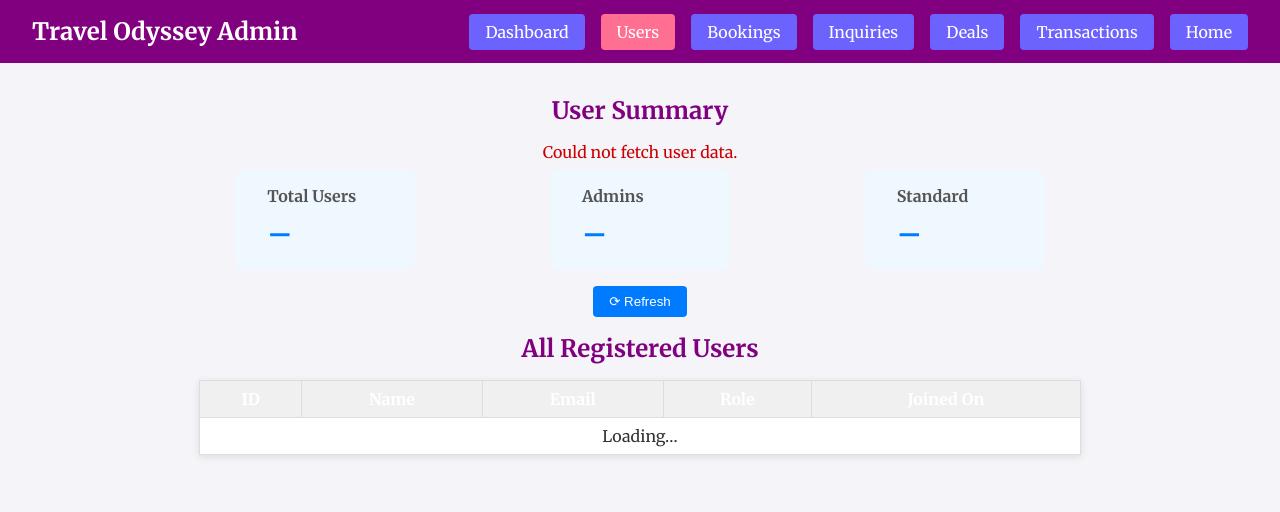
Repository: GHzPhoenix/Project-Odyssey
Page: Frontend/admin-users.html
These files come from the project's save history. The page is drawn as it stood at one moment and after the next save; the edit follows.
The browser window is 1280 px wide. The pictures show the whole page.
The page's requests for data from a server got no answer.

Above is the page before, as saved 2025-07-22 13:31:12.

After the next save:
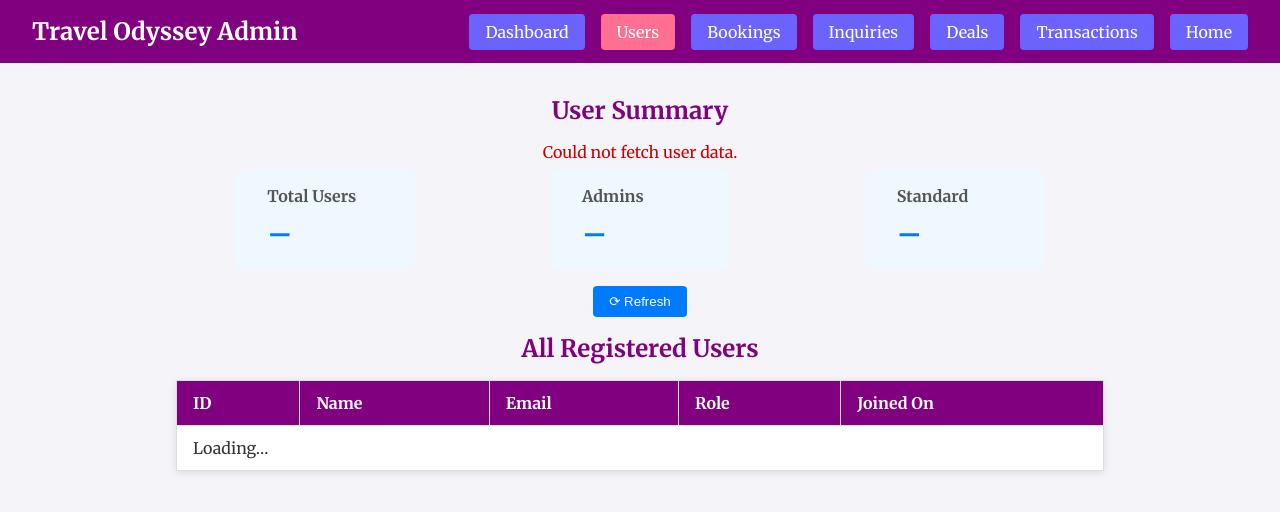
Saved 59 s later.
--- a/Frontend/admin-users.html
+++ b/Frontend/admin-users.html
@@ -46,20 +46,6 @@
       }
       button.refresh:hover {
         background: #0056b3;
-      }
-      table {
-        width: 95%;
-        margin: 1rem auto;
-        border-collapse: collapse;
-      }
-      th,
-      td {
-        padding: 0.5rem;
-        border: 1px solid #ddd;
-        text-align: center;
-      }
-      th {
-        background: #f0f0f0;
       }
     </style>
   </head>
@@ -135,7 +121,6 @@
         errEl.textContent = "";
 
         try {
-          // 1) fetch the summary counts
           const stats = await fetchJSON("/api/users/summary");
           document.getElementById("total_users").textContent =
             stats.total_users;
@@ -144,7 +129,6 @@
           document.getElementById("total_standard").textContent =
             stats.total_standard;
 
-          // 2) fetch the full list of users
           const list = await fetchJSON("/api/users");
           const tbody = document.querySelector("#users-table tbody");
 
